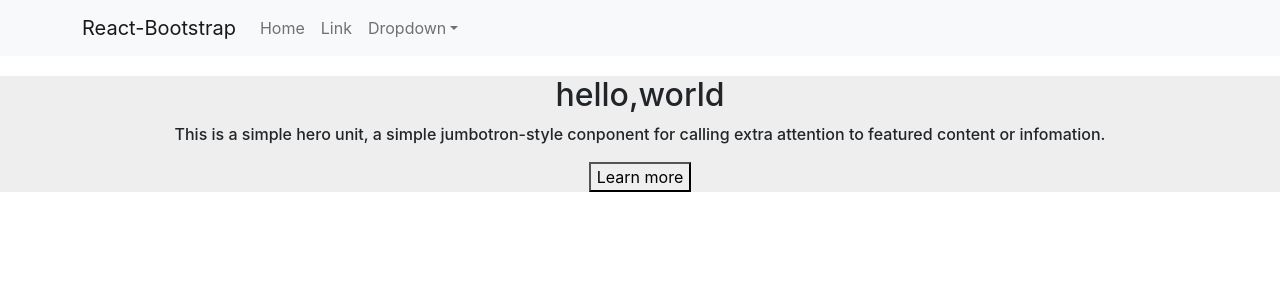
Repository: sonchangdo/mokdong
Page: / (app in shop/)
An editor plug-in stored every save of this project. The page is shown before and after a run of saves, followed by the edit.
The browser window is 1280 px wide. The pictures show the whole page.
The project was rebuilt for these pictures with package versions that can differ from the ones it lists, and the page was loaded fresh each time.

Above is the page before, as saved 2022-01-10 12:25:45.

After the next 2 saves:
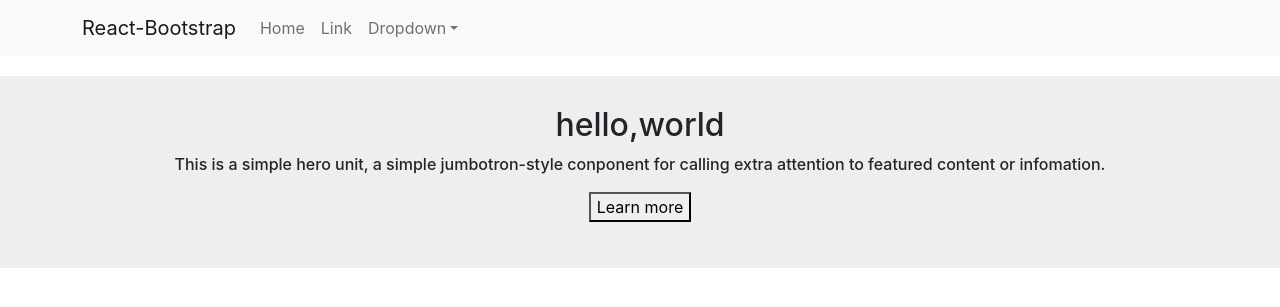
The 2 saves are shown as one change because they came seconds apart.
The last was saved 7 s later.
--- a/shop/src/App.css
+++ b/shop/src/App.css
@@ -9,6 +9,7 @@
 
 .jumbotron{
   margin:20px 0;
+  padding:30px 0;
   background:#eee;
 }
 
